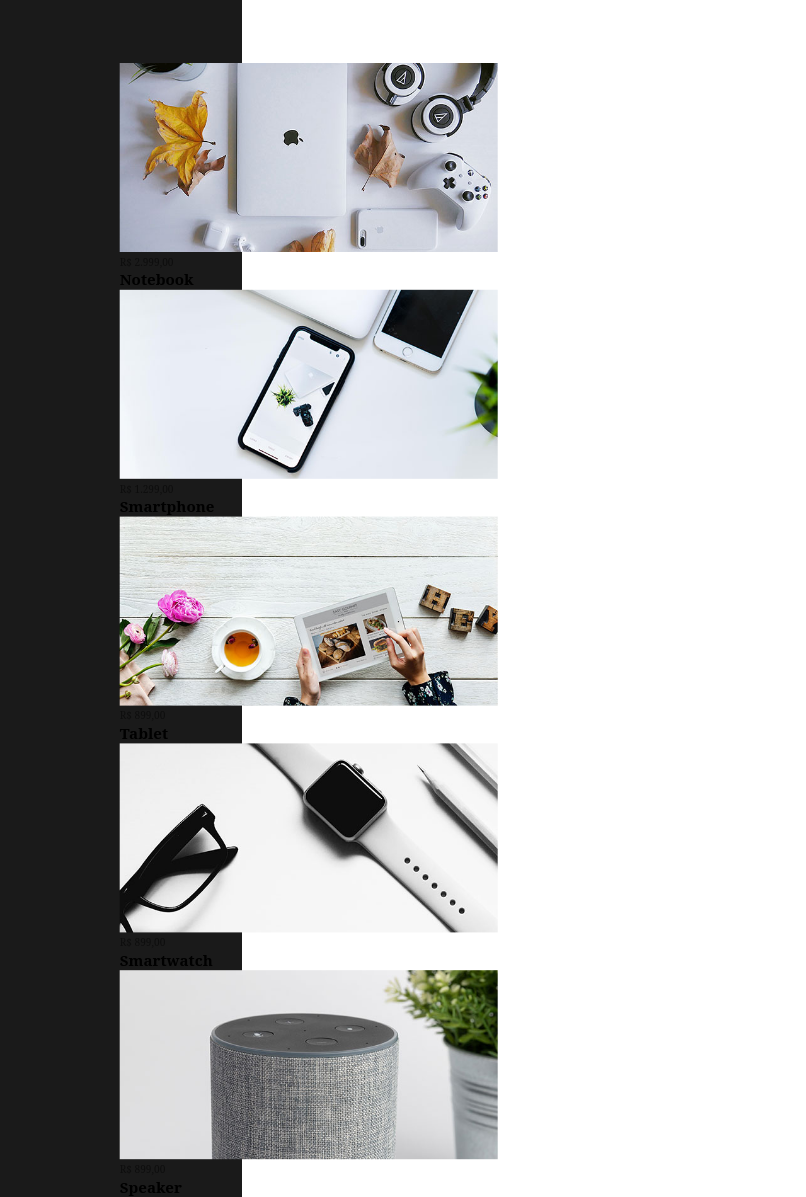
Repository: tomvieir/techno
Page: index.html
The author's editor kept a copy of each file at every save. The page is drawn from the files as they stood at one save, then again after a run of saves.
The browser window is 1280 px wide. The pictures show the whole page, at 63% of full size.

Above is the page before, as saved 2022-06-23 16:42:41.

After the next 3 saves:
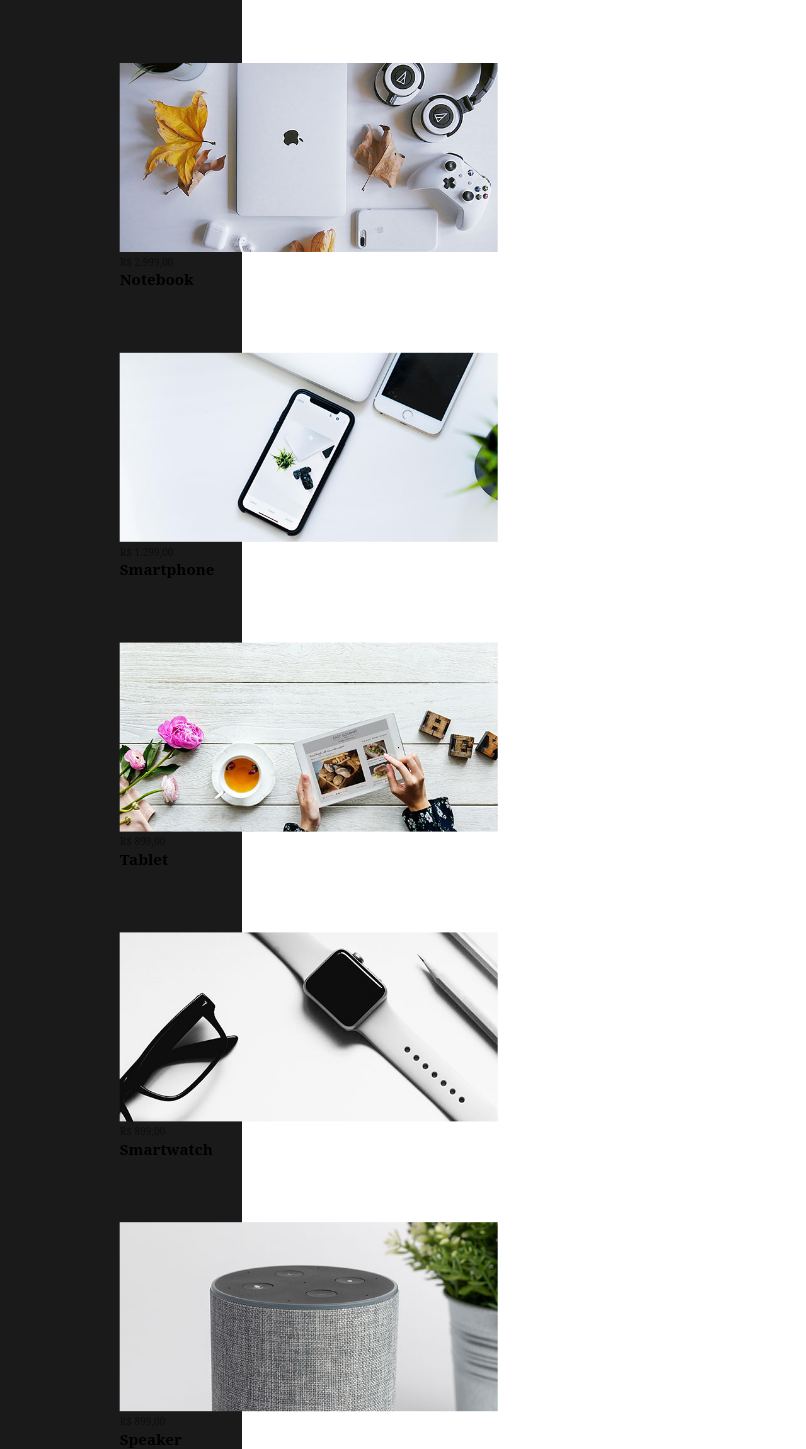
The 3 saves are shown as one change because they came seconds apart.
The last was saved 27 s later.
--- a/index.html
+++ b/index.html
@@ -12,9 +12,9 @@
   <div id="app">
 
     <section class="produtos">
-      <div class="item" v-for="item in produtos" :key="item.id">
+      <div class="produtos" v-for="item in produtos" :key="item.id" >
         <img :src="item.img" :alt="item.nome">
-        <div @click="">
+        <div >
           <span class="produto_preco">{{item.preco |  formatarPreco}}</span>
 
           <h2>{{item.nome}}</h2>
